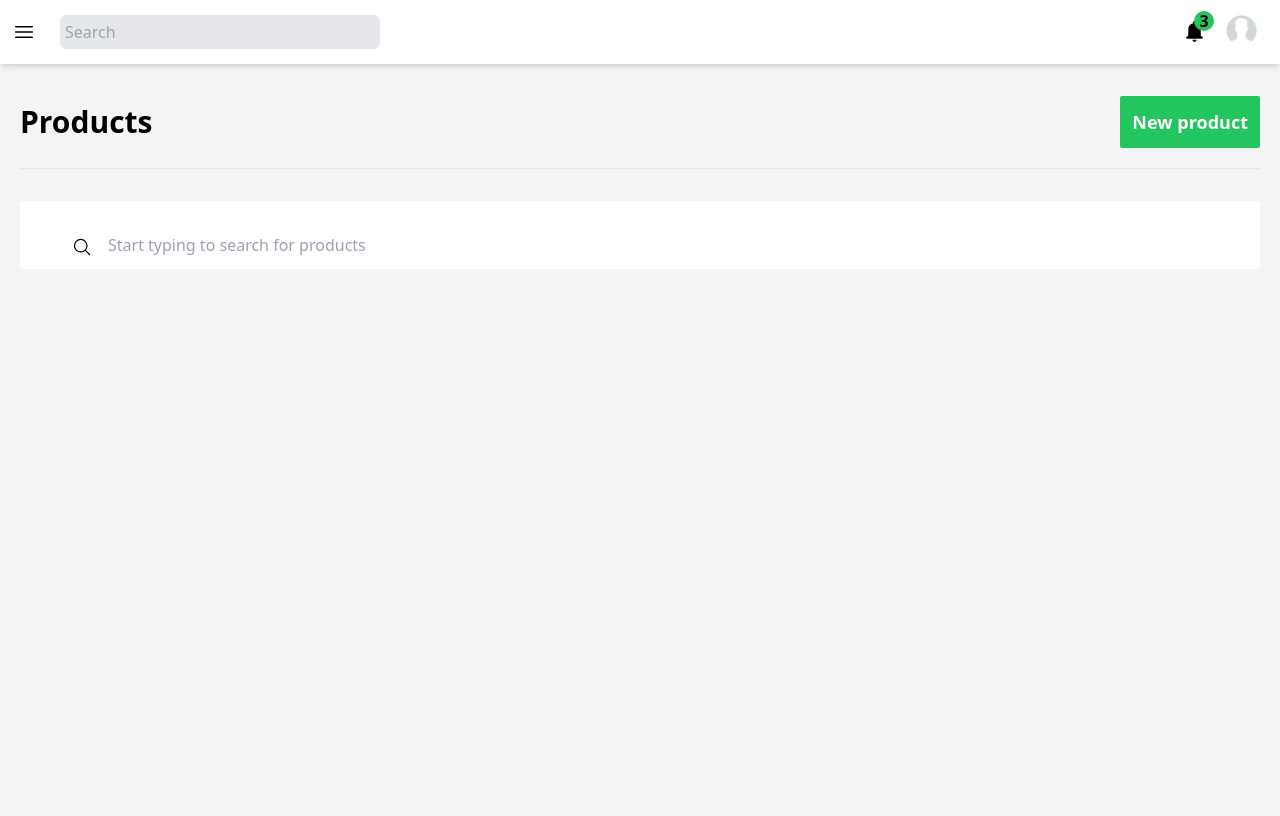
Repository: IssaMuiz/ifarmstock-admin
Page: /products
An editor plug-in stored every save of this project. The page is shown before and after the next save, followed by the edit.
The browser window is 1280 px wide. The pictures show the whole page.
The page's requests for data from a server got no answer. The project was rebuilt for these pictures with package versions that can differ from the ones it lists, and the page was loaded fresh each time. The framework's server and built-in components were replaced by stand-ins that run in the browser. No one was signed in, and anything a server would have sent is missing. Also part of the build but not shown: next.config.mjs.

Above is the page before, as saved 2024-10-12 15:19:08.

After the next save:
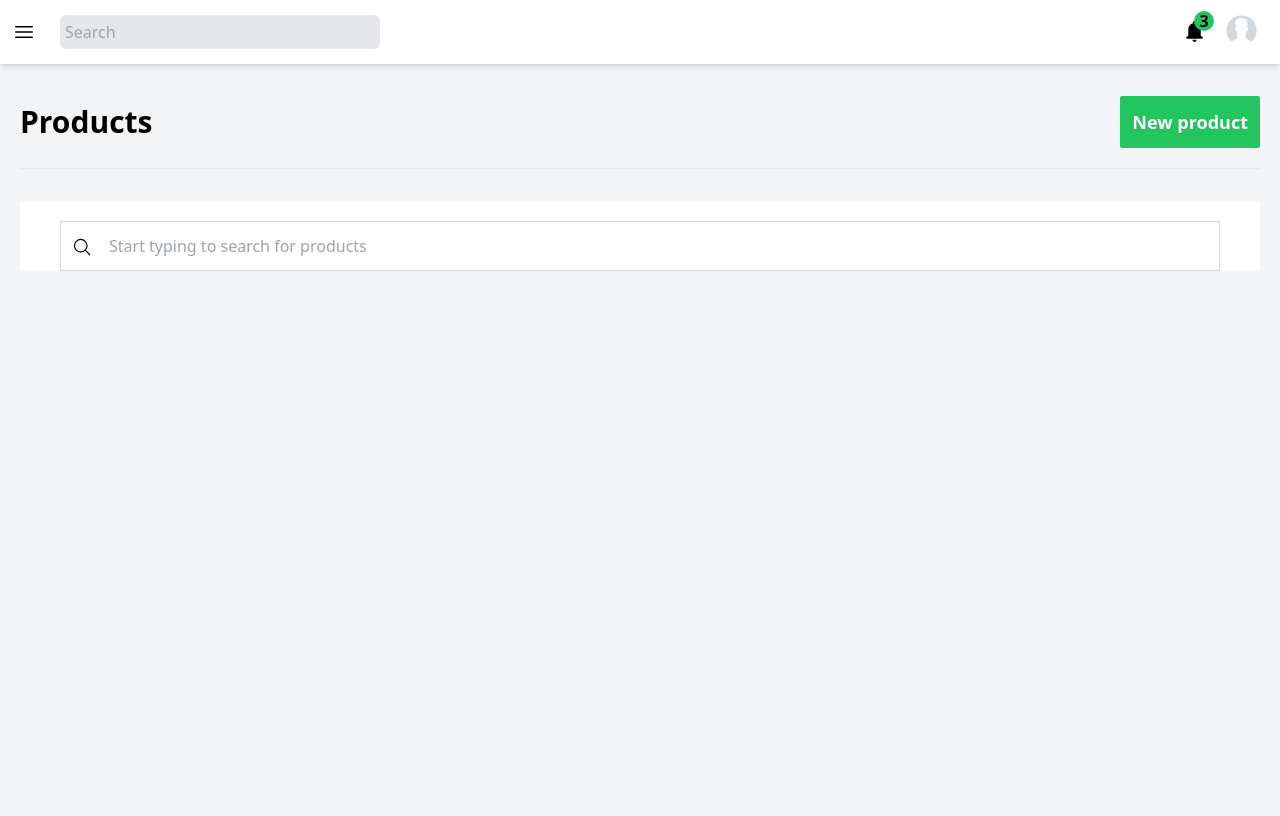
Saved 39 s later.
--- a/app/products/page.tsx
+++ b/app/products/page.tsx
@@ -31,7 +31,7 @@ const Products = () => {
           </svg>
 
           <input
-            className="p-3 pl-12 w-full"
+            className="p-3 pl-12 w-full border border-gray-300"
             type="text"
             placeholder="Start typing to search for products"
           />
